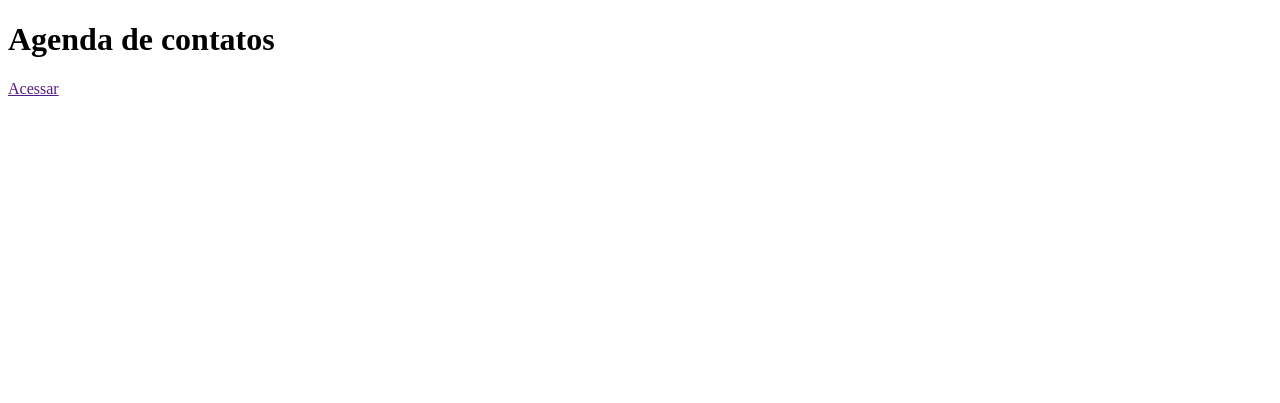
Repository: eduardoantoniojunior/ProjetoAgenda
Page: agenda/src/main/webapp/index.html
An editor plug-in stored every save of this project. The page is shown before and after the next save, followed by the edit.
The browser window is 1280 px wide. The pictures show the whole page.

Above is the page before, as saved 2025-04-06 23:12:27.

### agenda/src/main/webapp/index.html
<!DOCTYPE html>
<html lang="pt-br">
<head>
<meta charset="UTF-8">
<title>Agenda de contatos</title>
<link rel="icon" href="img/phone.png">
<link rel="stylesheet" href="style.css">
</head>
<body>
	<h1>Agenda de contatos</h1>
	<a href="">Acessar</a>
</body>
</html>

Loaded but not shown: agenda/src/main/webapp/style.css (no copy from this time; the picture is the same without it)

After the next save:
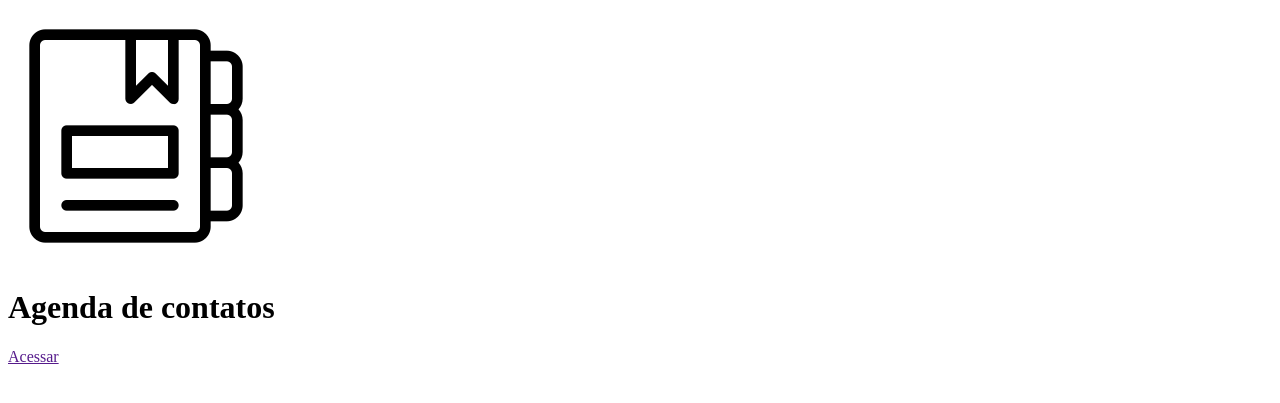
Saved 29 s later.
--- a/agenda/src/main/webapp/index.html
+++ b/agenda/src/main/webapp/index.html
@@ -7,6 +7,7 @@
 <link rel="stylesheet" href="style.css">
 </head>
 <body>
+	<img src="img/agenda.png">
 	<h1>Agenda de contatos</h1>
 	<a href="">Acessar</a>
 </body>
